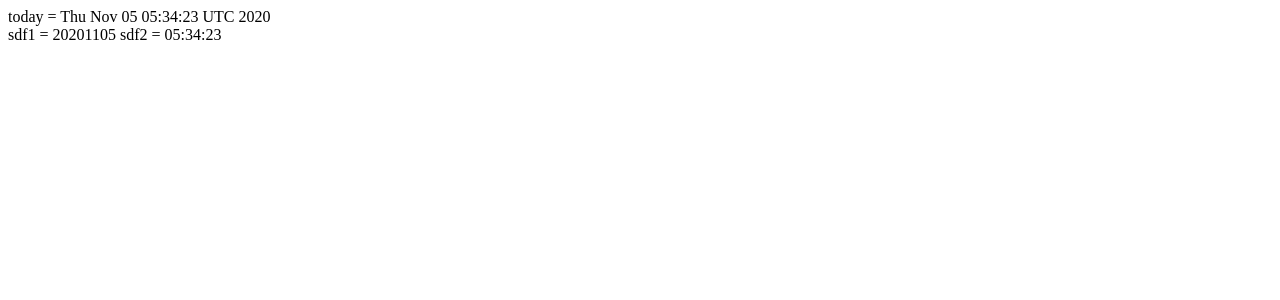
Repository: skrua3608/20201113
Page: http://localhost/20201109/simpleDate.jsp
The author's editor kept a copy of each file at every save. The page is drawn from the files as they stood at one save, then again after the next save.
The browser window is 1280 px wide. The pictures show the whole page.
The page is served by Tomcat 9.

Above is the page before, as saved 2020-11-09 01:02:25.

### 20201109/WebContent/simpleDate.jsp

<%@page import="java.util.Date"%>
<%@page import="java.text.SimpleDateFormat"%>
<%@ page language="java" contentType="text/html; charset=UTF-8"
    pageEncoding="UTF-8"%>
<!DOCTYPE html>
<html>
<head>
<meta charset="EUC-KR">
<title>Insert title here</title>
</head>
<body>
<%
	//DB연결객체
	/*
	Connerction
	prepareStatement
	ResultSet
	*/

	Date today = new Date();
	out.println("today = "+today+ "<br/>");
	SimpleDateFormat sdf1 = new SimpleDateFormat("yyyyMMdd");
	SimpleDateFormat sdf2 = new SimpleDateFormat("hh:mm:ss");

	out.println("sdf1 = "+sdf1.format(today));
	out.println("sdf2 = "+sdf2.format(today));
%>
</body>
</html>

### 20201109/WebContent/include.html
<!DOCTYPE html>
<html>
<head>
<meta charset="UTF-8">
<title>Insert title here</title>
</head>
<body>
 안녕하세요 html 파일입니다.
</body>
</html>

After the next save:
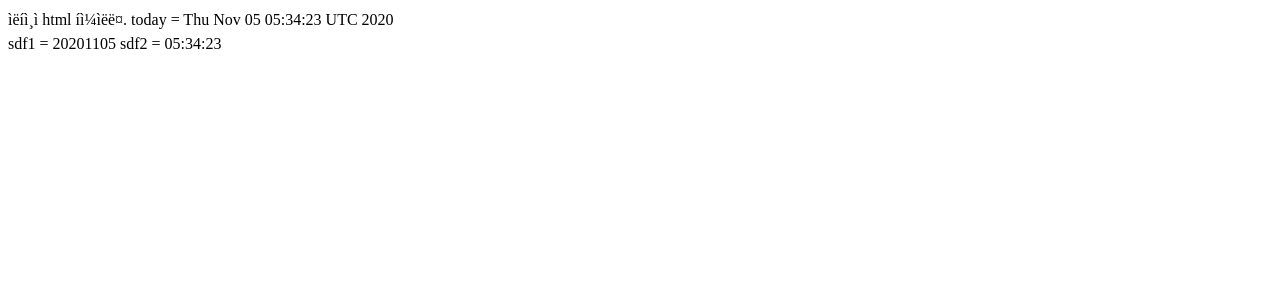
Saved 69 s later.
--- a/20201109/WebContent/simpleDate.jsp
+++ b/20201109/WebContent/simpleDate.jsp
@@ -10,6 +10,7 @@
 <title>Insert title here</title>
 </head>
 <body>
+<%@ include file = "include.html" %>
 <%
 	//DB연결객체
 	/*
